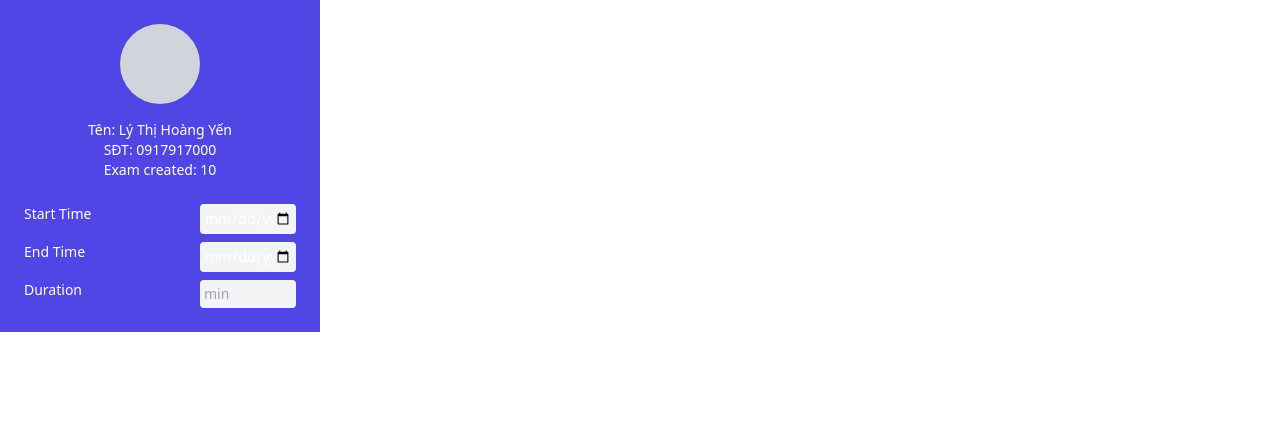
Repository: LyThiHoangYen/A_client
Page: / (app in online-exam-system-frontend/)
The author's editor kept a copy of each file at every save. The page is drawn from the files as they stood at one save, then again after a run of saves.
The browser window is 1280 px wide. The pictures show the whole page.
The project was rebuilt for these pictures with package versions that can differ from the ones it lists, and the page was loaded fresh each time.

Above is the page before, as saved 2024-10-23 13:22:43.

After the next 3 saves:
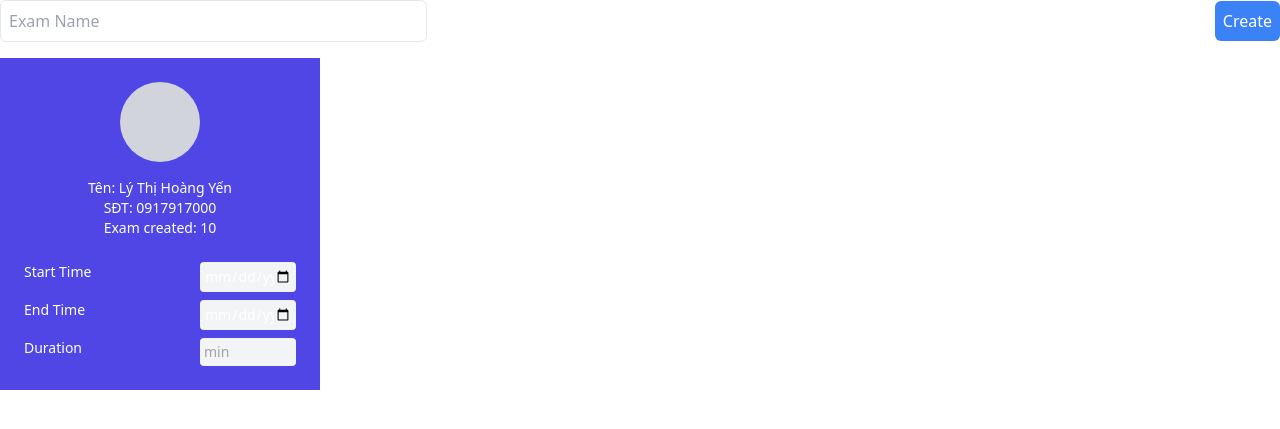
The 3 saves are shown as one change because 1 did not build or start and some came seconds apart.
The last was saved 20 s later.
--- a/online-exam-system-frontend/src/App.js
+++ b/online-exam-system-frontend/src/App.js
@@ -1,7 +1,9 @@
 import Sidebar from "./components/sideBar";
+import Header from "./components/header";
 function App() {
   return (
     <div className="App">
+      <Header />
       <Sidebar />
     </div>
   );
